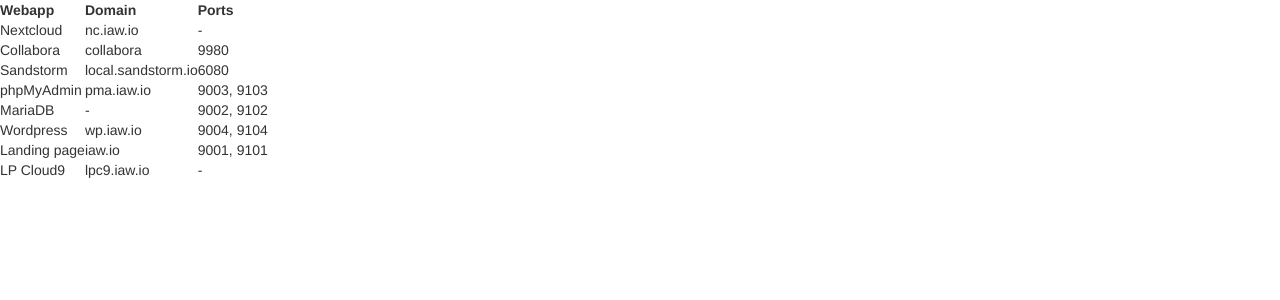
Repository: orboan-docker/iaw-local
Page: landing/list.html
The author's editor kept a record of every edit. The page is drawn from the files as they stood at one moment, then again after the next edit.
The browser window is 1280 px wide. The pictures show the whole page.

Above is the page before.

After the next edit:
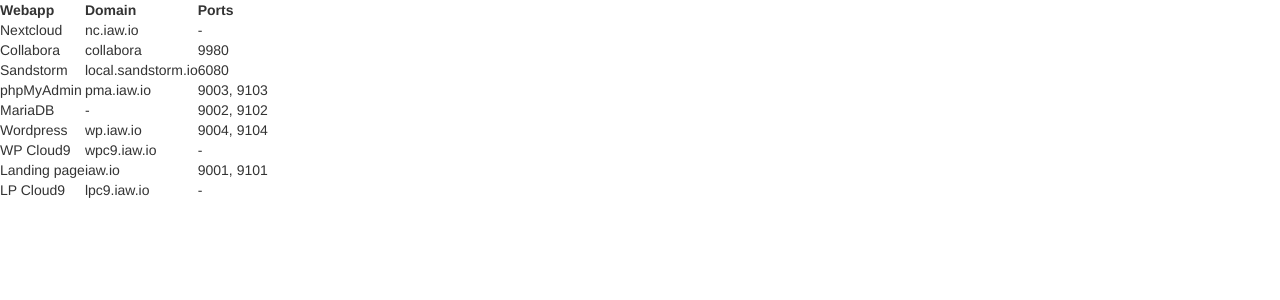
The edit:
--- a/landing/list.html
+++ b/landing/list.html
@@ -52,6 +52,11 @@
             <td>9004, 9104</td>
         </tr>
         <tr>
+            <td>WP Cloud9</td>
+            <td>wpc9.iaw.io</td>
+            <td>-</td>
+        </tr>
+        <tr>
             <td>Landing page</td>
             <td>iaw.io</td>
             <td>9001, 9101</td>
